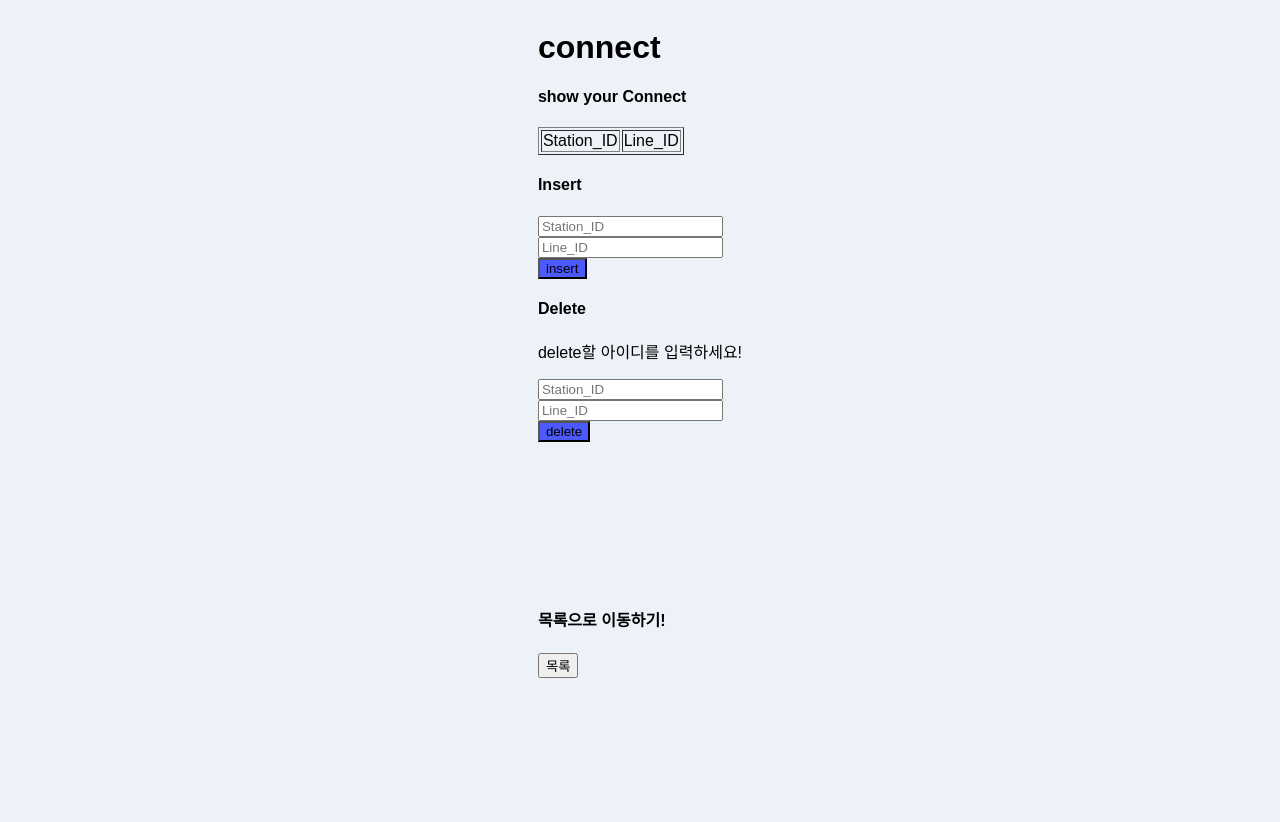
Repository: CISXO/JSP
Page: http://localhost/DB_Project/DB/connect.jsp
These files come from the project's save history. The page is drawn as it stood at one moment and after the next save; the edit follows.
The browser window is 1280 px wide. The pictures show the whole page.
The page is served by Tomcat 9. Queries for data that is not in the repository find no rows.

Above is the page before, as saved 2022-12-21 16:41:10.

### DbProject/DB_Project/src/main/webapp/DB/connect.jsp
<%@ page language="java" contentType="text/html; charset=EUC-KR"
    pageEncoding="EUC-KR" import="java.sql.*"%>
<!DOCTYPE html>
<html>
<style>

body {
    font-family: 'Noto Sans KR', sans-serif;
    display: flex;
    justify-content: center;
    height: 95vh;
}

</style>
<head>
<meta charset="EUC-KR">
<title>Insert title here</title>
</head><%

Class.forName("org.mariadb.jdbc.Driver");
String jdbcDriver = "jdbc:mariadb://localhost:3306/homework";
String dbUser = "root";
String dbPass = "22489612up!";


Connection conn = null;
Statement stmt = null;
ResultSet result = null;

try {
	conn = DriverManager.getConnection(jdbcDriver, dbUser, dbPass);
	stmt = conn.createStatement();
	String query = "SELECT * FROM connect";
	result = stmt.executeQuery(query);

%>

<body style="background-color: #edf2f9 !important;">
    <div>
        <h1 class="title">connect</h1>
        <h4 class="titleScript">
				show your Connect
        </h4>
        <div>
                <table border = "1">
                    <thead>
                        <tr>
                        <td>Station_ID</td>
                        <td>Line_ID</td>
                        </tr>
                    </thead>
                    <%
                    while(result.next()) {
                    %>
                    <tbody>
                        <tr onclick="trClick(this)">
                        	<td><%=result.getInt("Station_ID")%></td>
                            <td><%=result.getString("Line_ID")%></td>
                        </tr>

                    </tbody>
                    <%} %>
                </table>
        </div>
        <form id="connect_insert" action ="./manage/connect_manage.jsp" method="get">
        <h4>Insert</h4>
        <div class="row">
        <input id="Station_ID" name="Station_ID" type="text" placeHolder="Station_ID">
        </div>
        <div class="row">
        <input id="Line_ID" name="Line_ID" type="text" placeHolder="Line_ID">
        </div>
        <div class="connect_insert_button">
        <button id="insert_button1" type = "submit" style="background-color: #4c59fd">insert</button>
        </div>
        <input name="manage_num" type="hidden" value="1">
        </form>


        <form id="connect_delete" action="./manage/connect_manage.jsp" method="get">
        <h4>Delete</h4>
        <p>delete할 아이디를 입력하세요!</p>
        <div class="row">
        <input id="connect_id" name="connectdelete_id" type="text" placeHolder="Station_ID">
        </div>
        <div class="row">
        <input id="connect_id" name="connectdelete_id2" type="text" placeHolder="Line_ID">
        </div>
        <div>
        <button id="delete_button1" type = "submit" style="background-color: #4c59fd">delete</button>
        </div>
        <br><br><br><br> <br><br><br><br>
        <input name="manage_num" type="hidden" value="3">
        </form>


        <form id="connect_delete" action="../Sys_admin.jsp" method="get">
        <h4>목록으로 이동하기!</h4>
        <div>
        <button>목록</button>
        </div>
        <br><br><br><br><br><br><br><br>
        </form>
    </div>
<%
	result.close();
	stmt.close();
	conn.close();
} catch(SQLException e) {
	out.println("err."+e.toString());
}
	%>
</body>
</html>

After the next save:
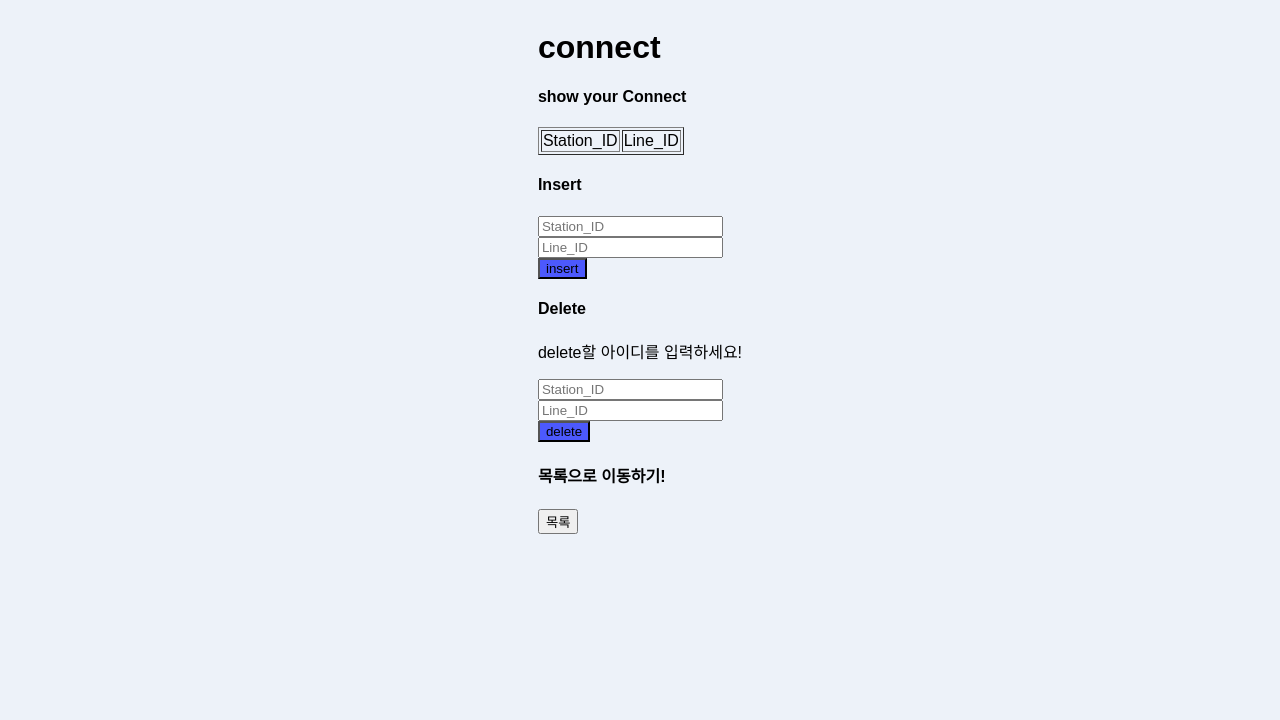
Saved 18 s later.
--- a/DbProject/DB_Project/src/main/webapp/DB/connect.jsp
+++ b/DbProject/DB_Project/src/main/webapp/DB/connect.jsp
@@ -89,7 +89,6 @@ try {
         <div>
         <button id="delete_button1" type = "submit" style="background-color: #4c59fd">delete</button>
         </div>
-        <br><br><br><br> <br><br><br><br>
         <input name="manage_num" type="hidden" value="3">
         </form>
 
